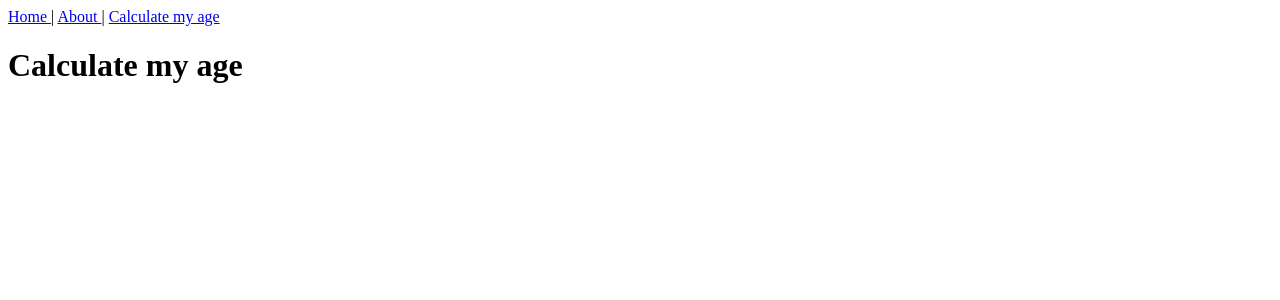
Repository: fahjan/routs-project
Page: http://localhost/date_of_birth
The author's editor kept a copy of each file at every save. The page is drawn from the files as they stood at one save, then again after the next save.
The browser window is 1280 px wide. The pictures show the whole page.
Some web fonts or font styles are not loaded; a fallback is used. The page is served by the project's Laravel application, run on PHP 8.4 with Laravel 12.

Above is the page before, as saved 2025-12-24 08:58:36.

After the next save:
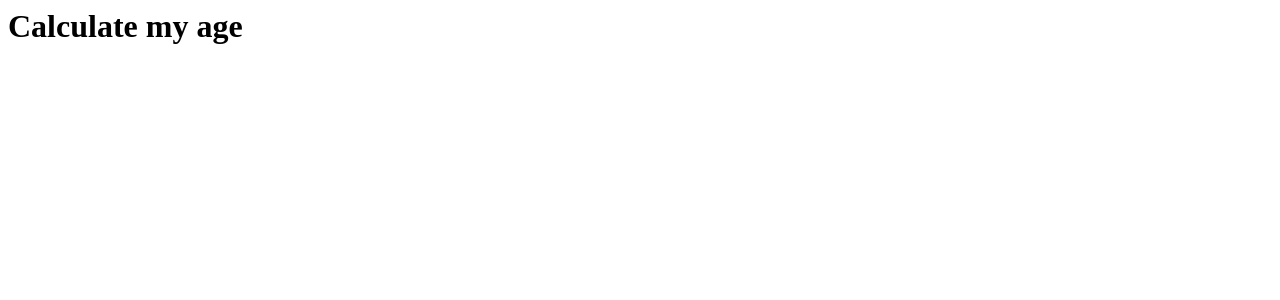
Saved 8 s later.
--- a/resources/views/date_of_birth_form.blade.php
+++ b/resources/views/date_of_birth_form.blade.php
@@ -1,48 +1 @@
-<!DOCTYPE html>
-<html lang="{{ str_replace('_', '-', app()->getLocale()) }}">
-
-<head>
-    <meta charset="utf-8">
-    <meta name="viewport" content="width=device-width, initial-scale=1">
-
-    <title>{{ config('app.name', 'Laravel') }}</title>
-
-    <!-- Fonts -->
-    <link rel="preconnect" href="https://fonts.bunny.net">
-    <link href="https://fonts.bunny.net/css?family=instrument-sans:400,500,600" rel="stylesheet" />
-
-    <!-- Styles / Scripts -->
-
-</head>
-
-<body
-    class="bg-[#FDFDFC] dark:bg-[#0a0a0a] text-[#1b1b18] flex p-6 lg:p-8 items-center lg:justify-center min-h-screen flex-col">
-    <header class="w-full lg:max-w-4xl max-w-[335px] text-sm mb-6 not-has-[nav]:hidden">
-        <nav class="flex justify-between items-center">
-            <a href="{{ url('/') }}" class="font-semibold text-lg">
-                Home
-            </a>
-            |
-            <a href="{{ route('about') }}" class="font-semibold text-lg">
-                About
-            </a>
-            |
-            <a href="{{ route('date_of_birth_form') }}" class="font-semibold text-lg">
-                Calculate my age
-            </a>
-
-        </nav>
-    </header>
-    <div
-        class="flex items-center justify-center w-full transition-opacity opacity-100 duration-750 lg:grow starting:opacity-0">
-        <main class="flex max-w-[335px] w-full flex-col-reverse lg:max-w-4xl lg:flex-row">
-            <div
-                class="text-[13px] leading-[20px] flex-1 p-6 pb-12 lg:p-20 bg-white dark:bg-[#161615] dark:text-[#EDEDEC] shadow-[inset_0px_0px_0px_1px_rgba(26,26,0,0.16)] dark:shadow-[inset_0px_0px_0px_1px_#fffaed2d] rounded-bl-lg rounded-br-lg lg:rounded-tl-lg lg:rounded-br-none">
-
-                <h1>Calculate my age</h1>
-        </main>
-    </div>
-
-</body>
-
-</html>
+<h1>Calculate my age</h1>
